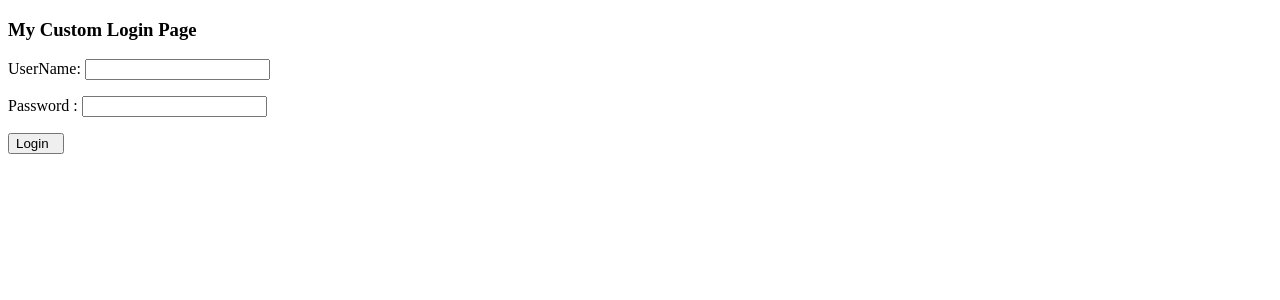
Repository: pavan-codeater/Spring-Projects
Page: http://localhost/spring-security-demo-03-custom-login-bootstrap/showLoginForm
The author's editor kept a copy of each file at every save. The page is drawn from the files as they stood at one save, then again after the next save.
The browser window is 1280 px wide. The pictures show the whole page.
The page is served by Tomcat 9. Other server files are loaded and not shown.

Above is the page before, as saved 2023-03-12 07:24:17.

### spring-security-demo-03-custom-login-bootstrap/src/main/webapp/WEB-INF/view/plain-login.jsp


<%@ taglib prefix="form" uri="http://www.springframework.org/tags/form"  %>



<!DOCTYPE html>
<html>
<head>
<meta charset="ISO-8859-1">
<title>Insert title here</title>
</head>
<body>

<h3>My Custom Login Page</h3>

<form:form action="${pageContext.request.contextPath}/authenticateUser" method="POST">

     <p>

         UserName: <input type="text" name="userName">
         </p>

			  <p>

         Password : <input type="password" name="password">
         </p>


	  <input type="submit" value="Login  ">

</form:form>


</body>
</html>

After the next save:
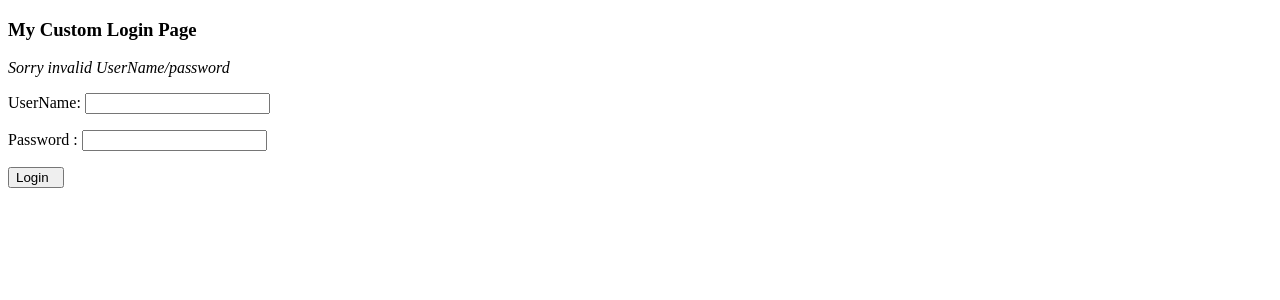
Saved 74 min 12 s later.
--- a/spring-security-demo-03-custom-login-bootstrap/src/main/webapp/WEB-INF/view/plain-login.jsp
+++ b/spring-security-demo-03-custom-login-bootstrap/src/main/webapp/WEB-INF/view/plain-login.jsp
@@ -16,6 +16,12 @@
 
 <form:form action="${pageContext.request.contextPath}/authenticateUser" method="POST">
 
+
+		<c:if test="${param.error !=null }">
+
+			<i>Sorry invalid UserName/password</i>
+
+		</c:if>
      <p>
 
          UserName: <input type="text" name="userName">

After the 6 saves that followed:
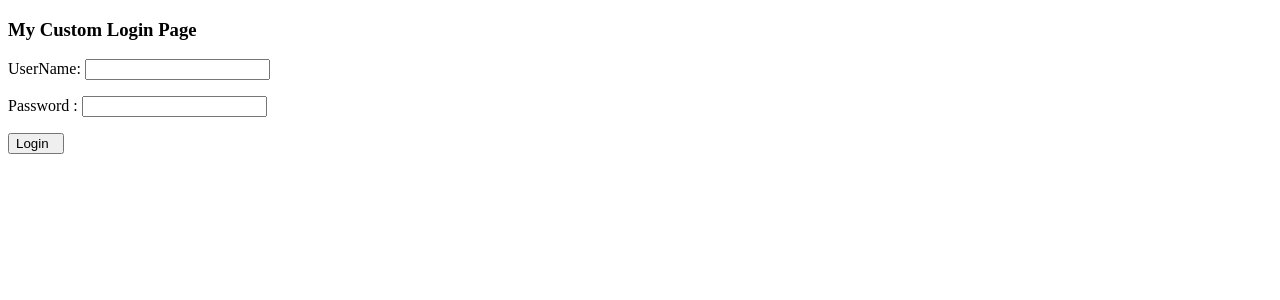
The 6 saves are shown as one change because 5 left the picture as it was.
The last was saved 12 min 39 s later.
--- a/spring-security-demo-03-custom-login-bootstrap/src/main/webapp/WEB-INF/view/plain-login.jsp
+++ b/spring-security-demo-03-custom-login-bootstrap/src/main/webapp/WEB-INF/view/plain-login.jsp
@@ -2,6 +2,7 @@
 
 <%@ taglib prefix="form" uri="http://www.springframework.org/tags/form"  %>
 
+ <%@ taglib prefix="c" uri="http://java.sun.com/jsp/jstl/core"  %>
 
 
 <!DOCTYPE html>
@@ -14,7 +15,7 @@
 
 <h3>My Custom Login Page</h3>
 
-<form:form action="${pageContext.request.contextPath}/authenticateUser" method="POST">
+<form:form action="${pageContext.request.contextPath}/authenticateTheUsers" method="POST">
 
 
 		<c:if test="${param.error !=null }">
@@ -24,7 +25,7 @@
 		</c:if>
      <p>
 
-         UserName: <input type="text" name="userName">
+         UserName: <input type="text" name="username">
          </p>
 
 			  <p>
